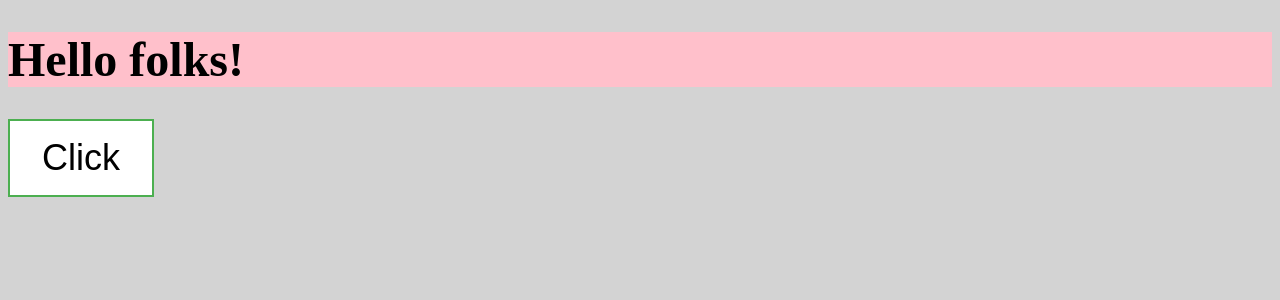
Repository: aakriti-tech/GlobalLogic
Page: Akki/WebContent/index.html
These files come from the project's save history. The page is drawn as it stood at one moment and after the next save; the edit follows.
The browser window is 1280 px wide. The pictures show the whole page.

Above is the page before, as saved 2022-08-01 05:52:19.

### Akki/WebContent/index.html
<!DOCTYPE html>
<html>
<head>
<meta charset="ISO-8859-1">
<title>First Web App</title>
<style>
body{
background-color:LightGray;}
h1{
font-size:48px;
}
.button1 {
  background-color: white;
  color: black;
  border: 2px solid #4CAF50;
  font-size: 36px;
  padding: 16px 32px;
  text-align: center;
}

.button1:hover {
  background-color: #4CAF50;
  color: white;
}</style>
</head>
<body>

<h1 style="background-color: pink">Hello folks!</h1>
<button class="button button1">Click</button>

</body>
</html>

After the next save:
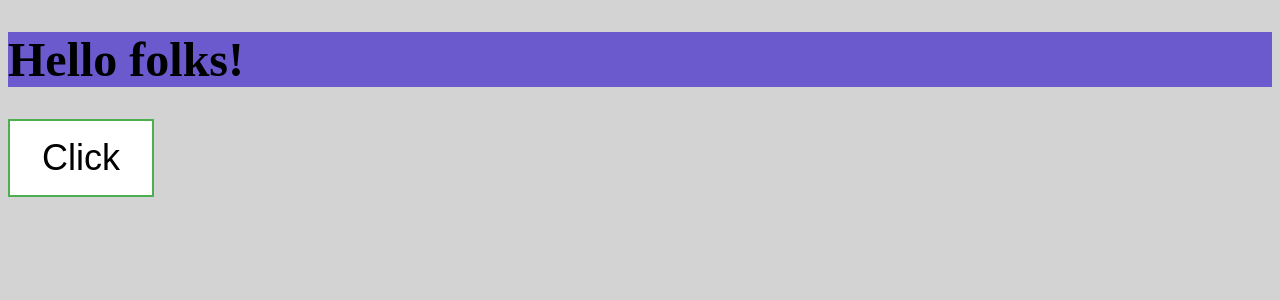
Saved 58 s later.
--- a/Akki/WebContent/index.html
+++ b/Akki/WebContent/index.html
@@ -25,7 +25,7 @@ font-size:48px;
 </head>
 <body>
 
-<h1 style="background-color: pink">Hello folks!</h1>
+<h1 style="background-color: SlateBlue">Hello folks!</h1>
 <button class="button button1">Click</button>
 
 </body>
